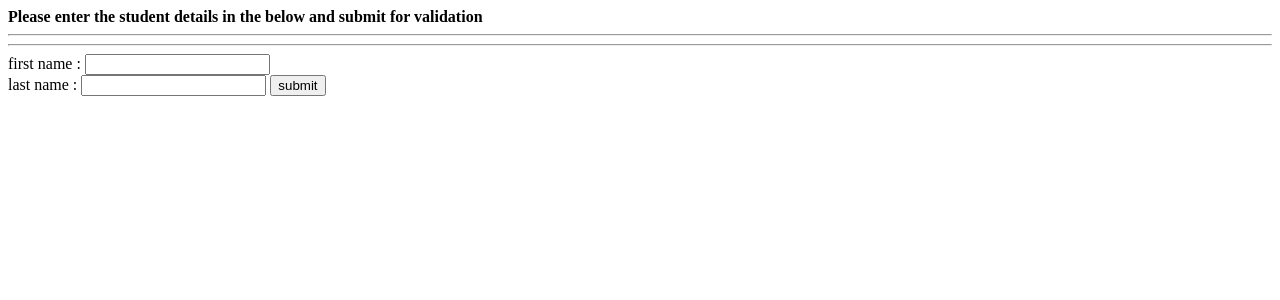
Repository: mdmyr/SpringFrameWorkout
Page: http://localhost/Spring-mvc-formTagSubmit/WEB-INF/view/showStudentForm.jsp
The author's editor kept a copy of each file at every save. The page is drawn from the files as they stood at one save, then again after the next save.
The browser window is 1280 px wide. The pictures show the whole page.
The page is served by Tomcat 9. Nobody is signed in. Other server files are loaded and not shown. The template is opened directly, without the code that normally fills it, so the values that code supplies are empty.

Above is the page before, as saved 2020-12-07 21:33:09.

### Spring-mvc-formTagSubmit/WebContent/WEB-INF/view/showStudentForm.jsp
<%@ taglib prefix="form" uri="http://www.springframework.org/tags/form" %>
<!DOCTYPE html>
<html>
<head>
<meta charset="ISO-8859-1">
<title>Student form</title>
</head>
<body>
<b>Please enter the student details in the  below and submit for validation</b>
<hr>

<hr>

<form:form action="studentValidate" modelAttribute="student">

first name : <form:input path="firstname"/>
<br>
last  name : <form:input path="lastname"/>

<input type="submit" value="submit">
</form:form>



</body>
</html>

After the next save:
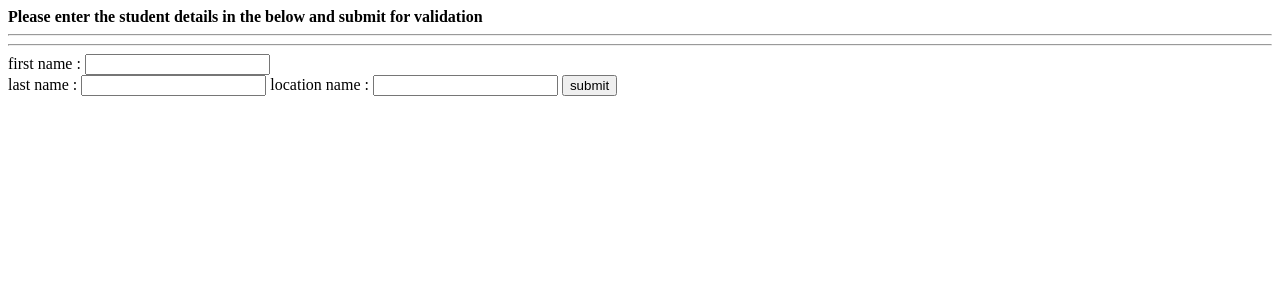
Saved 7 min 48 s later.
--- a/Spring-mvc-formTagSubmit/WebContent/WEB-INF/view/showStudentForm.jsp
+++ b/Spring-mvc-formTagSubmit/WebContent/WEB-INF/view/showStudentForm.jsp
@@ -17,6 +17,8 @@ first name : <form:input path="firstname"/>
 <br>
 last  name : <form:input path="lastname"/>
 
+location name : <form:input path="location"/>
+
 <input type="submit" value="submit">
 </form:form>
 
